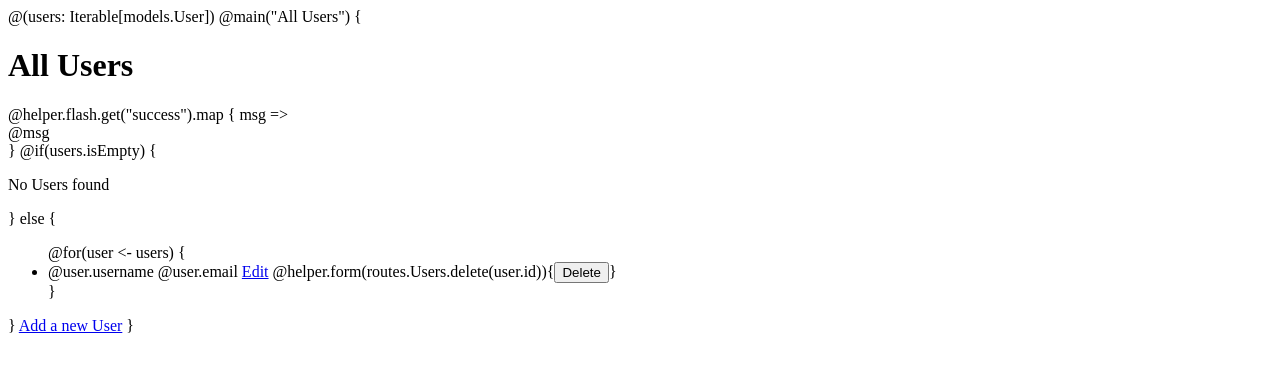
Repository: mlvhub/Learning
Page: Scala/Play!/UserAdmin/app/views/users/list.scala.html
The author's editor kept a copy of each file at every save. The page is drawn from the files as they stood at one save, then again after the next save.
The browser window is 1280 px wide. The pictures show the whole page.

Above is the page before, as saved 2014-01-01 00:05:02.

### Scala/Play!/UserAdmin/app/views/users/list.scala.html
@(users: Iterable[models.User])

@main("All Users") {
  <h1>All Users</h1>
  @helper.flash.get("success").map { msg =>
      <div class="flash">@msg</div>
  }
  @if(users.isEmpty) {
      <p>No Users found</p>
  } else {
      <ul>
      @for(user <- users) {
              <li>@user.username @user.email
              <a href="@routes.Users.edit(user.id)">Edit</a>
              @helper.form(routes.Users.delete(user.id)){<button type="submit">Delete</button>}</li>
      }
      </ul>
  }
  <a href="@routes.Users.add">Add a new User</a>
}

After the next save:
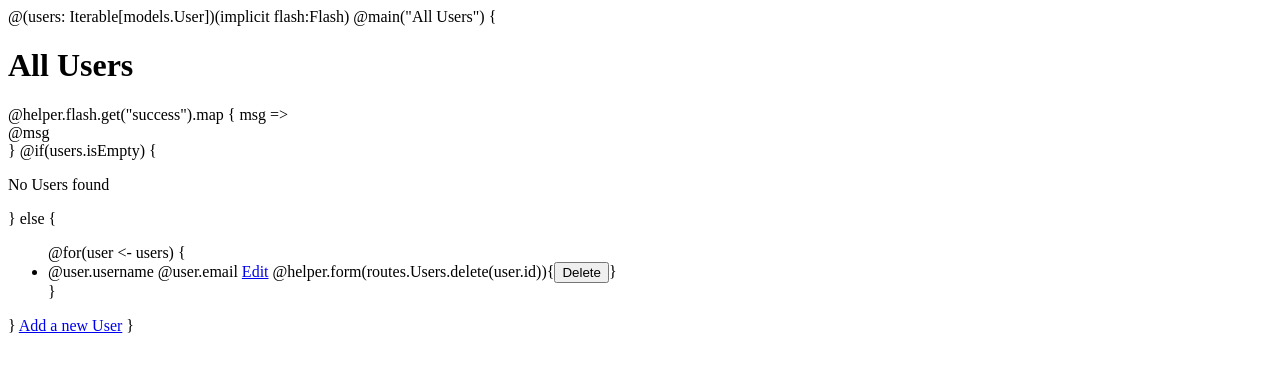
Saved 60 s later.
--- a/Scala/Play!/UserAdmin/app/views/users/list.scala.html
+++ b/Scala/Play!/UserAdmin/app/views/users/list.scala.html
@@ -1,4 +1,4 @@
-@(users: Iterable[models.User])
+@(users: Iterable[models.User])(implicit flash:Flash)
 
 @main("All Users") {
   <h1>All Users</h1>
